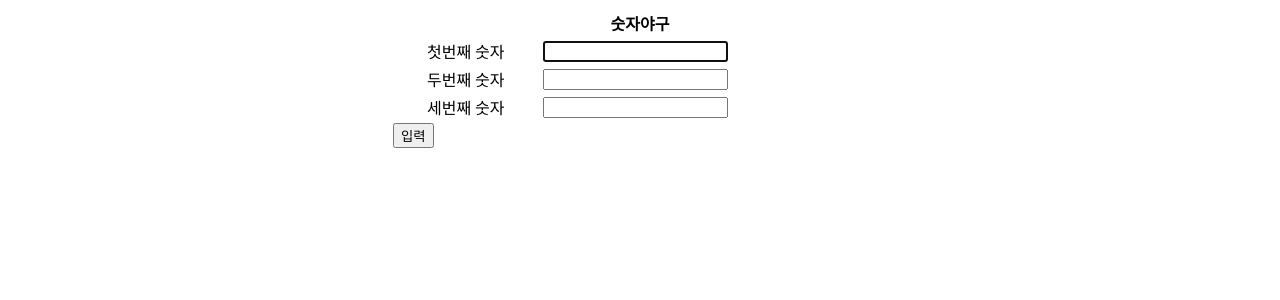
Repository: kmw7691/Soldesk
Page: http://localhost/Nov15_1_NB/HomeController
An editor plug-in stored every save of this project. The page is shown before and after the next save, followed by the edit.
The browser window is 1280 px wide. The pictures show the whole page.
The page is served by Tomcat 9. Other server files are loaded and not shown.

Above is the page before, as saved 2023-11-15 02:02:58.

### Nov15_1_NB/src/main/webapp/nb.jsp
<%@ page language="java" contentType="text/html; charset=UTF-8"
    pageEncoding="UTF-8"%>
<!DOCTYPE html>
<html>
<head>
<meta charset="UTF-8">
<title>nb.jsp</title>
<link rel="stylesheet" href="nb.css">
<script type="text/javascript" src="KwakValidChecker.js"></script>
<script type="text/javascript" src="nbCheck.js"></script>
</head>
<body>
<form action="HomeController" name="nbForm" method="post"
	enctype="multipart/form-data" onsubmit="return checkValid();">
	<table id="nbTbl">
		<tr>
			<th colspan="2">숫자야구</th>
		</tr>
		<tr>
			<td class="td1" align="center">첫번째 숫자</td>
			<td class="td2"><input name="first" maxlength="1"
				autofocus="autofocus" autocomplete="off"></td>
		</tr>
		<tr>
			<td class="td1" align="center">두번째 숫자</td>
			<td class="td2"><input name="second" maxlength="1"
				autofocus="autofocus" autocomplete="off"></td>
		</tr>
		<tr>
			<td class="td1" align="center">세번째 숫자</td>
			<td class="td2"><input name="third" maxlength="1"
				autofocus="autofocus" autocomplete="off"></td>
		</tr>
		<tr><td class="td2"><button>입력</button></td></tr>
	</table>
</form>
</body>
</html>

### Nov15_1_NB/src/main/java/com/kwak/nov151/nbmain/HomeController.java
package com.kwak.nov151.nbmain;

import java.io.IOException;
import javax.servlet.ServletException;
import javax.servlet.annotation.WebServlet;
import javax.servlet.http.HttpServlet;
import javax.servlet.http.HttpServletRequest;
import javax.servlet.http.HttpServletResponse;

@WebServlet("/HomeController")
public class HomeController extends HttpServlet {

	protected void doGet(HttpServletRequest request, HttpServletResponse response) throws ServletException, IOException {
		request.getRequestDispatcher("nb.jsp").forward(request, response);
	}

	protected void doPost(HttpServletRequest request, HttpServletResponse response) throws ServletException, IOException {

	}

}

### Nov15_1_NB/src/main/webapp/nb.css
@charset "UTF-8";

@font-face{
	font-family: "n";
	src: url("n.ttf");
}

#body{
	font-family: "n";
	background-size: 50%;
}

#nbTbl{
	margin-left:auto;
	margin-right: auto;
	width : 500px;
}

#th{
	background-color: #E9FFE0;
	color:#034F83;
	font-size: 30pt;
	height: 50px;
}

#hjTbl .td1{
	background-color:  #D4F4FA;
	font-size: 30pt;
}

#hjTbl .td2{
	background-color:  pink;
	font-size: 30pt;
}

#hjTbl .td2{
	background-color:  pink;
	font-size: 30pt;
}

### Nov15_1_NB/src/main/webapp/KwakValidChecker.js
//KwakValidChecker.js

//개발자가 의도한대로 되하지않으면 true값
//(뭔가 문제가 되면 true, 정상적이면 false인 컨셉)


//<input>넣었을때
//		아무것도 안썼으면 true, 뭐라도썼으면 false
function isEmpty(input){
	return (!input.value);
}


//<input>, 글자 수 넣었을때
function atLeastLetter(input, len){
	return (input.value.length < len);
}


//<input>넣었을때
//		한글/특수문자가 적혀있다면 true, 아니면 false
function containsAnother(input){
	let pass = "1234567890abcdefghijklmnopqrstuvwxyzABCDEFGHIJKLMNOPQRSTUVWXYZ@._";

	let iv = input.value;
	for(let i = 0; i < iv.length; i++){
		if(pass.indexOf(iv[i]) == -1){ //pass에 있는 내용중 내가 쓴 내용이없으면
			return true;
		}
	}
	return false;
}


//<input> x 2넣었을때(pw, pw확인)
//		내용이다르면 true, 같으면 false
function notEqualPw(input1, input2){
	return (input1.value !== input2.value);
}


//<input>, 문자열 세트 넣었을때
//		없으면 true, 있으면 false(입력한 pw에 지정한 문자열이 없는 경우)
function notContains(input, passSet){
	let iv = input.value;
	for(let i = 0; i < passSet.length; i++){
		if(iv.indexOf(passSet[i]) !== -1){
			return false;
		}
	}
	return true;
}


//<input>넣었을때
//		숫자 아닌게 있으면 true, 숫자만 있으면 false
function isNotNumber(input){
	return isNaN(input.value);
}


//<input>, 확장자 넣었을때
//		확장자명 아니면 true, 맞으면 false
function isNotType(input, type){
	//.gif  .png
	type = "." + type;
	return (input.value.indexOf(type) == -1);
}

### Nov15_1_NB/src/main/webapp/nbCheck.js
//nbCheck.js

function checkValid(){
	let fBox = document.mbForm.first;
	let sBox = document.mbForm.second;
	let tBox = document.mbForm.third;

	if(isEmpty(fBox) || isNotNumber(fBox)){
		alert("1번 숫자 재입력 ㄱ");
		fBox.value()="";
		fBox.focus();
		return false
	} else if(isEmpty(sBox) || isNotNumber(sBox)){
		alert("2번 숫자 재입력 ㄱ");
		sBox.value()="";
		sBox.focus();
		return false
	} else if(isEmpty(tBox) || isNotNumber(tBox)){
		alert("3번 숫자 재입력 ㄱ");
		tBox.value()="";
		tBox.focus();
		return false
	}
	return true;
}

After the next save:
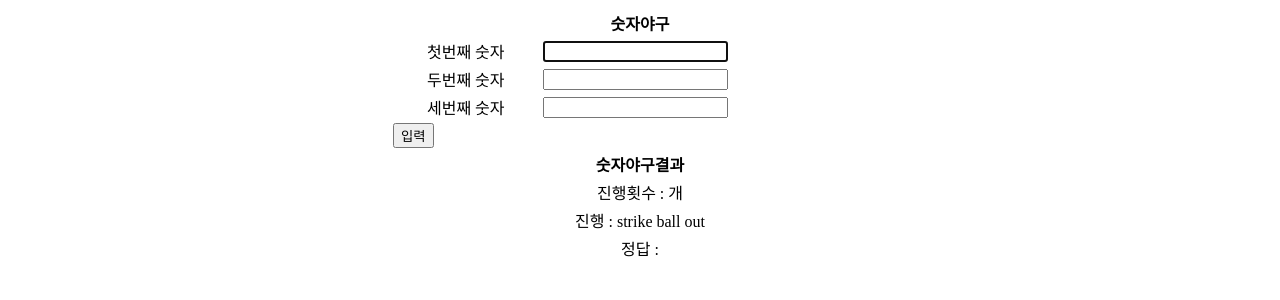
Saved 2 min 43 s later.
--- a/Nov15_1_NB/src/main/webapp/nb.jsp
+++ b/Nov15_1_NB/src/main/webapp/nb.jsp
@@ -32,6 +32,19 @@
 				autofocus="autofocus" autocomplete="off"></td>
 		</tr>
 		<tr><td class="td2"><button>입력</button></td></tr>
+
+		<tr>
+			<th colspan="2">숫자야구결과</th>
+		</tr>
+		<tr>
+			<td class="td1" colspan="2" align="center">진행횟수 : ${count }개</td>
+		</tr>
+		<tr>
+			<td class="td1" colspan="2" align="center">진행 : ${s }strike ${b }ball ${o }out</td>
+		</tr>
+		<tr>
+			<td class="td1" colspan="2" align="center">정답 : ${answer }</td>
+		</tr>
 	</table>
 </form>
 </body>
